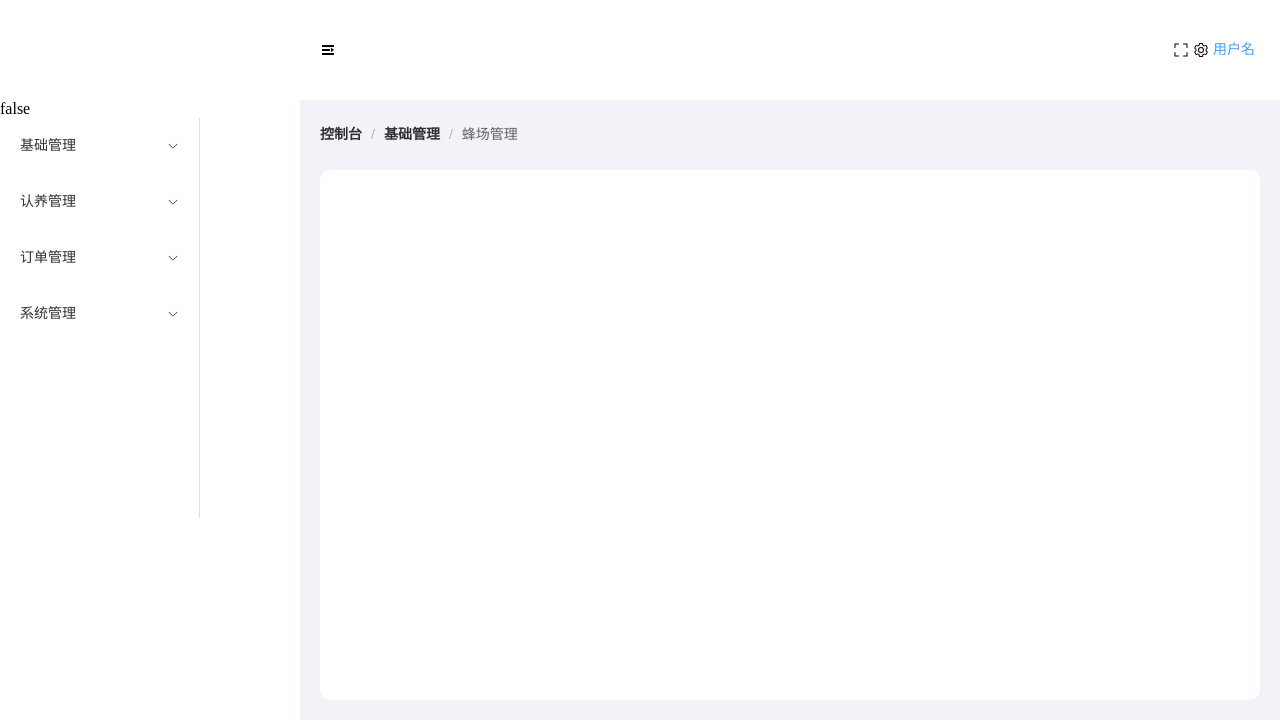
Repository: secret47/test-office-demo
Page: /dashboard/user
The author's editor kept a copy of each file at every save. The page is drawn from the files as they stood at one save, then again after the next save.
The browser window is 1280 px wide. The pictures show the whole page.
The project was rebuilt for these pictures with package versions that can differ from the ones it lists, and the page was loaded fresh each time. Also part of the build but not shown: vite.config.js.

Above is the page before, as saved 2024-10-31 14:34:40.

After the next save:
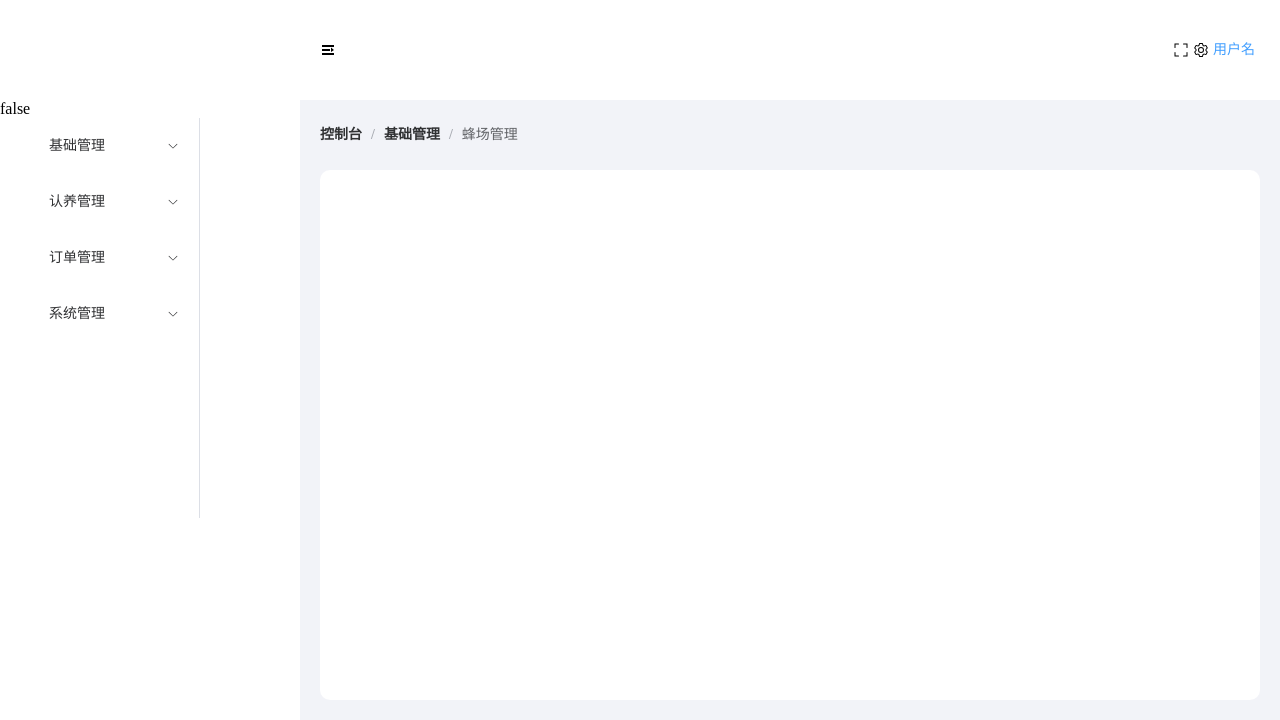
Saved 20 s later.
--- a/src/layouts/components/menu.vue
+++ b/src/layouts/components/menu.vue
@@ -2,24 +2,20 @@
     {{ appStore.isMenuCollapsed }}
     <el-menu class="menu" :collapse="appStore.isMenuCollapsed">
         <el-sub-menu index="1">
-            <el-icon><icon-menu /></el-icon>
-            <template #title>基础管理</template>
+            <template #title> <el-icon><icon-menu /></el-icon>基础管理</template>
             <el-menu-item index="1-1">蜂场管理</el-menu-item>
             <el-menu-item index="1-2">蜂箱管理</el-menu-item>
         </el-sub-menu>
         <el-sub-menu index="2">
-            <el-icon><icon-menu /></el-icon>
-            <template #title>认养管理</template>
+            <template #title> <el-icon><icon-menu /></el-icon>认养管理</template>
             <el-menu-item index="2-1">认养设置</el-menu-item>
         </el-sub-menu>
         <el-sub-menu index="3">
-            <el-icon><icon-menu /></el-icon>
-            <template #title>订单管理</template>
+            <template #title> <el-icon><icon-menu /></el-icon>订单管理</template>
             <el-menu-item index="3-1">订单列表</el-menu-item>
         </el-sub-menu>
         <el-sub-menu index="4">
-            <el-icon><icon-menu /></el-icon>
-            <template #title>系统管理</template>
+            <template #title> <el-icon><icon-menu /></el-icon>系统管理</template>
             <el-menu-item index="2-1">素材管理</el-menu-item>
         </el-sub-menu>
     </el-menu>
